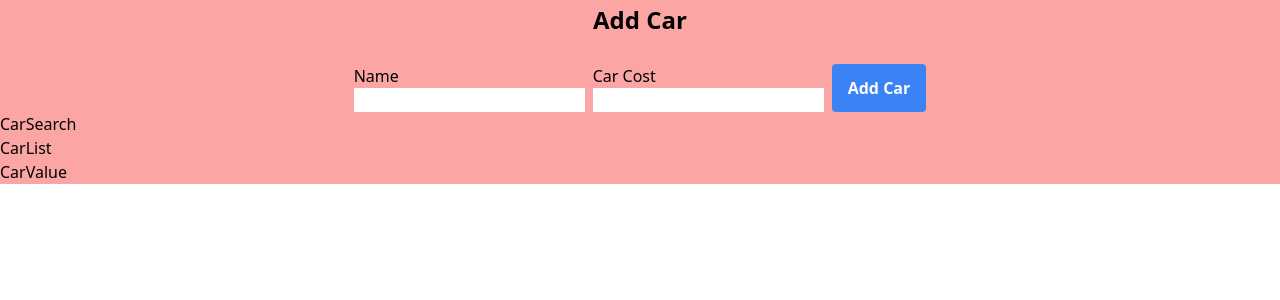
Repository: Marhamat92/carsappreduxtoolkit
Page: /
The author's editor kept a copy of each file at every save. The page is drawn from the files as they stood at one save, then again after a run of saves.
The browser window is 1280 px wide. The pictures show the whole page.
The project was rebuilt for these pictures with package versions that can differ from the ones it lists, and the page was loaded fresh each time.

Above is the page before, as saved 2023-01-23 21:06:51.

### src/index.js
import React from 'react';
import ReactDOM from 'react-dom/client';
import './index.css';
import App from './App';
import { Provider } from 'react-redux';
import { store } from './store'


const root = ReactDOM.createRoot(document.getElementById('root'));
root.render(
  <Provider store={store}>
    <App />
  </Provider>
);

### src/App.js
import CarForm from "./components/CarForm";
import CarList from "./components/CarList";
import CarSearch from "./components/CarSearch";
import CarValue from "./components/CarValue";


function App() {
  return (
    <div className="container mx-auto  bg-red-300">
      <CarForm />
      <CarSearch />
      <CarList />
      <CarValue />
    </div>
  );
}

export default App;

### src/store/index.js
import { configureStore } from "@reduxjs/toolkit";
import {
  carsReducer,
  addCar,
  removeCar,
  changeSearchTerm,
} from "./slices/carsSlice";
import { formReducer, changeName, changeCost } from "./slices/formSlice";

const store = configureStore({
  reducer: {
    cars: carsReducer,
    form: formReducer,
  },
})

export { store, addCar, removeCar, changeSearchTerm, changeName, changeCost };

### src/components/CarForm.js
import React from 'react'

function CarForm() {
  return (
    <div className='flex flex-col items-center justify-center'>
      <h1 className='font-bold text-2xl py-1' >Add Car</h1>
      <div className='mt-6'>
        <form className='flex flex-row space-x-2'>
          <div className='flex flex-col'>
            <label htmlFor='make'>Name</label>
            <input type='text' name='carName' id='carName' />
          </div>
          <div className='flex flex-col'>
            <label htmlFor='price'>Car Cost</label>
            <input type='text' name='price' id='price' />
          </div>
          <button className='bg-blue-500 hover:bg-blue-700 text-white font-bold  px-4 rounded ' type='submit'>Add Car</button>
        </form>
      </div>
    </div>
  )
}

export default CarForm

### src/components/CarList.js
import React from 'react'

function CarList() {
  return (
    <div>CarList</div>
  )
}

export default CarList

### src/components/CarSearch.js
import React from 'react'

function CarSearch() {
  return (
    <div>CarSearch</div>
  )
}

export default CarSearch

### src/components/CarValue.js
import React from 'react'

function CarValue() {
  return (
    <div>CarValue</div>
  )
}

export default CarValue

### src/store/slices/carsSlice.js
import { createSlice, nanoid } from '@reduxjs/toolkit';

const carsSlice = createSlice({
  name: 'cars',
  initialState: {
    cars: [],
    searchTerm: ''
  },
  reducers: {
    changeSearchTerm(state, action) {
      state.searchTerm = action.payload;
    },
    addCar(state, action) {
      //Assumption:
      //action.payload is an object with the following properties:
      //name, cost, id
      state.cars.push({
        name: action.payload.name,
        cost: action.payload.cost,
        id: nanoid()
      })
    },
    removeCar(state, action) {
      //Assumption:
      //action.payload is the id of the car to remove
      const updatedCars = state.cars.filter((car) => {
        return car.id !== action.payload;
      })
      state.cars = updatedCars;
    }

  }
})

export const { changeSearchTerm, addCar, removeCar } = carsSlice.actions;
export const carsReducer = carsSlice.reducer;

### src/store/slices/formSlice.js
import { createSlice } from '@reduxjs/toolkit';

const formSlice = createSlice({
  name: 'form',
  initialState: {
    name: '',
    cost: 0
  },
  reducers: {
    changeName(state, action) {
      state.name = action.payload;
    },
    changeCost(state, action) {
      state.cost = action.payload;
    }
  }
})

export const { changeName, changeCost } = formSlice.actions;
export const formReducer = formSlice.reducer;

Loaded but not shown: public/index.html (common file); src/index.css (common file); tailwind.config.js (common file)

After the next 2 saves:
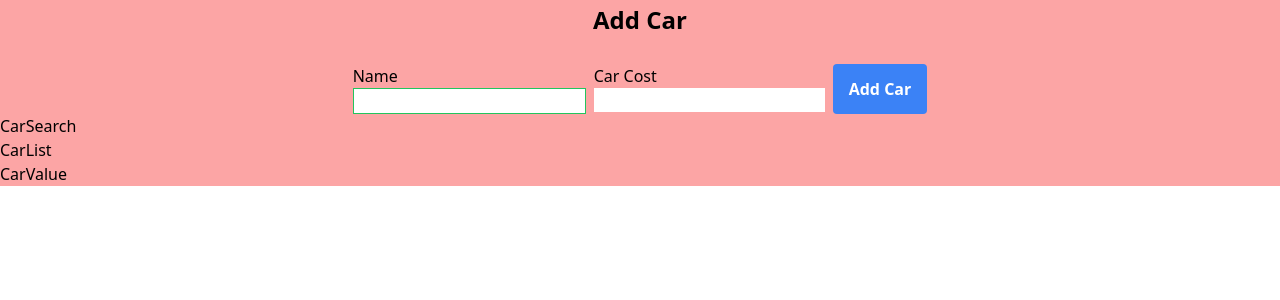
The 2 saves are shown as one change because they came seconds apart.
The last was saved 86 s later.
--- a/src/components/CarForm.js
+++ b/src/components/CarForm.js
@@ -8,7 +8,7 @@
         <form className='flex flex-row space-x-2'>
           <div className='flex flex-col'>
             <label htmlFor='make'>Name</label>
-            <input type='text' name='carName' id='carName' />
+            <input className=' border border-green-500 ' type='text' name='carName' id='carName' />
           </div>
           <div className='flex flex-col'>
             <label htmlFor='price'>Car Cost</label>

After the 2 saves that followed:
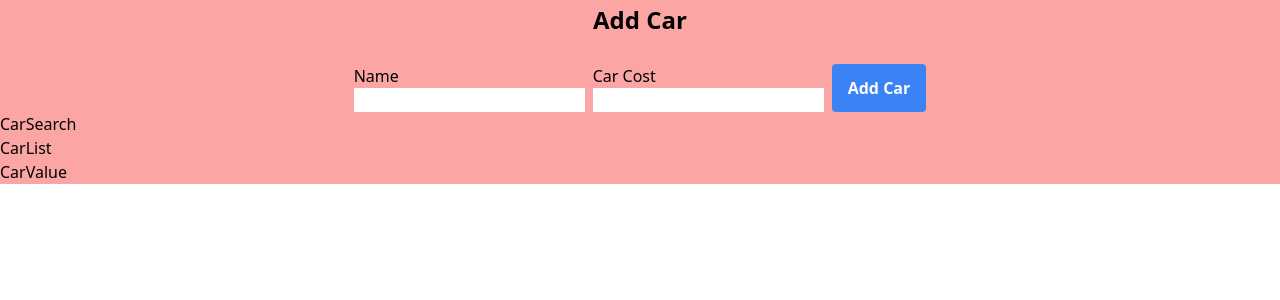
The 2 saves are shown as one change because 1 left the picture as it was.
The last was saved 51 s later.
--- a/src/components/CarForm.js
+++ b/src/components/CarForm.js
@@ -8,7 +8,7 @@
         <form className='flex flex-row space-x-2'>
           <div className='flex flex-col'>
             <label htmlFor='make'>Name</label>
-            <input className=' border border-green-500 ' type='text' name='carName' id='carName' />
+            <input type='text' name='carName' id='carName' />
           </div>
           <div className='flex flex-col'>
             <label htmlFor='price'>Car Cost</label>
